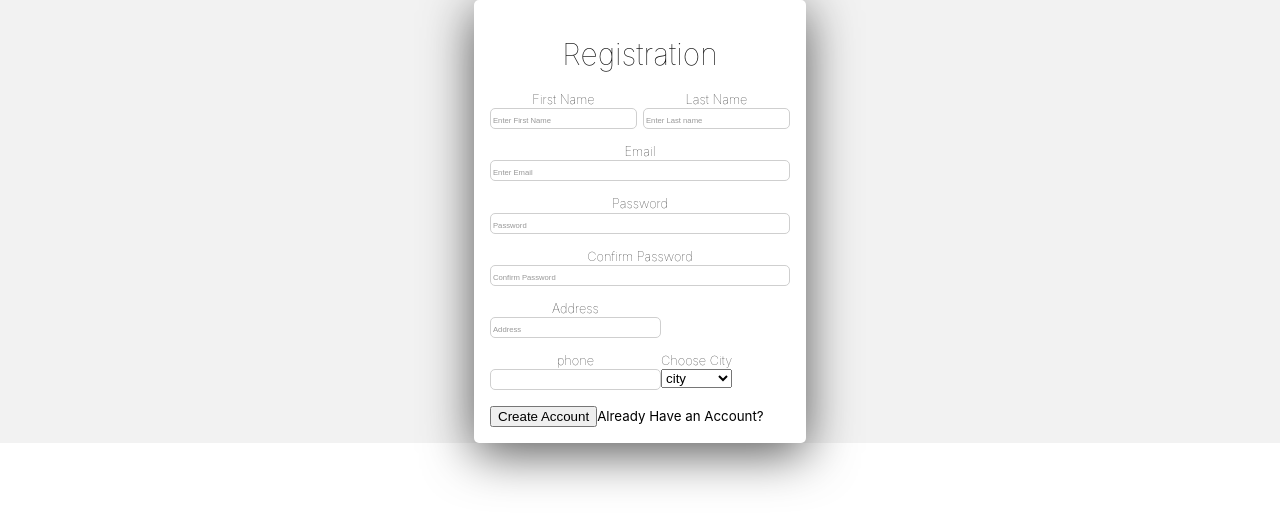
Repository: Fortune-Labs/Event-management-system-CapstoneG3
Page: / (app in frontend/)
These files come from the project's save history. The page is drawn as it stood at one moment and after the next save; the edit follows.
The browser window is 1280 px wide. The pictures show the whole page.
The project was rebuilt for these pictures with package versions that can differ from the ones it lists, and the page was loaded fresh each time.

Above is the page before, as saved 2020-09-03 01:41:00.

After the next save:
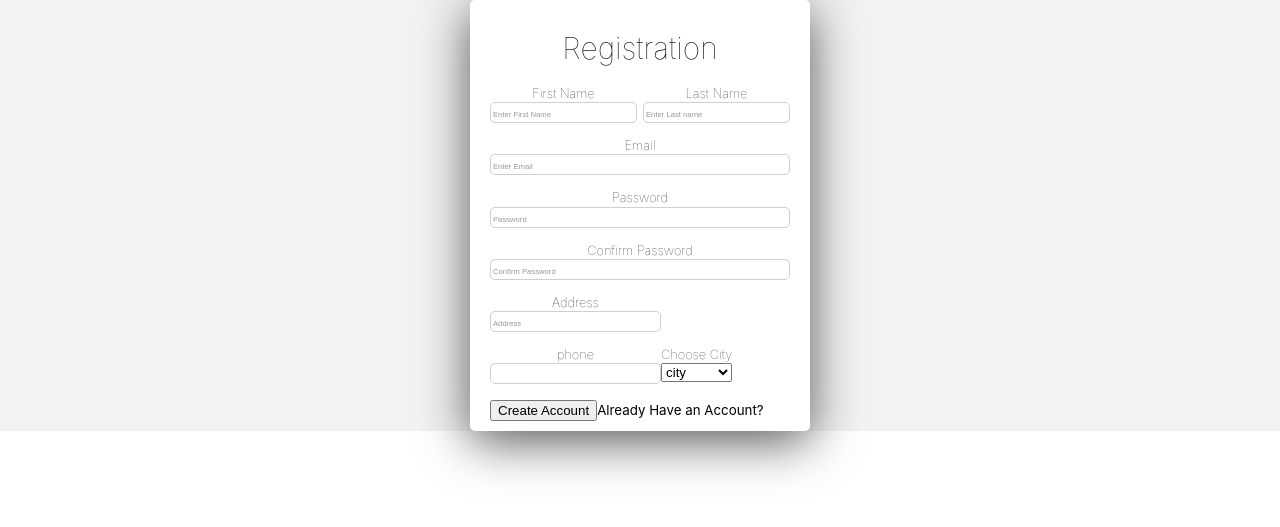
Saved 65 s later.
--- a/frontend/src/components/LoginSignup/style.css
+++ b/frontend/src/components/LoginSignup/style.css
@@ -8,11 +8,6 @@
   background-color: #f2f2f2;
 }
 
-.wrapper > div {
-  display: inline-block;
-  padding: 1em;
-  border: 2px;
-}
 .form-wrapper {
   width: 300px;
   display: flex;
